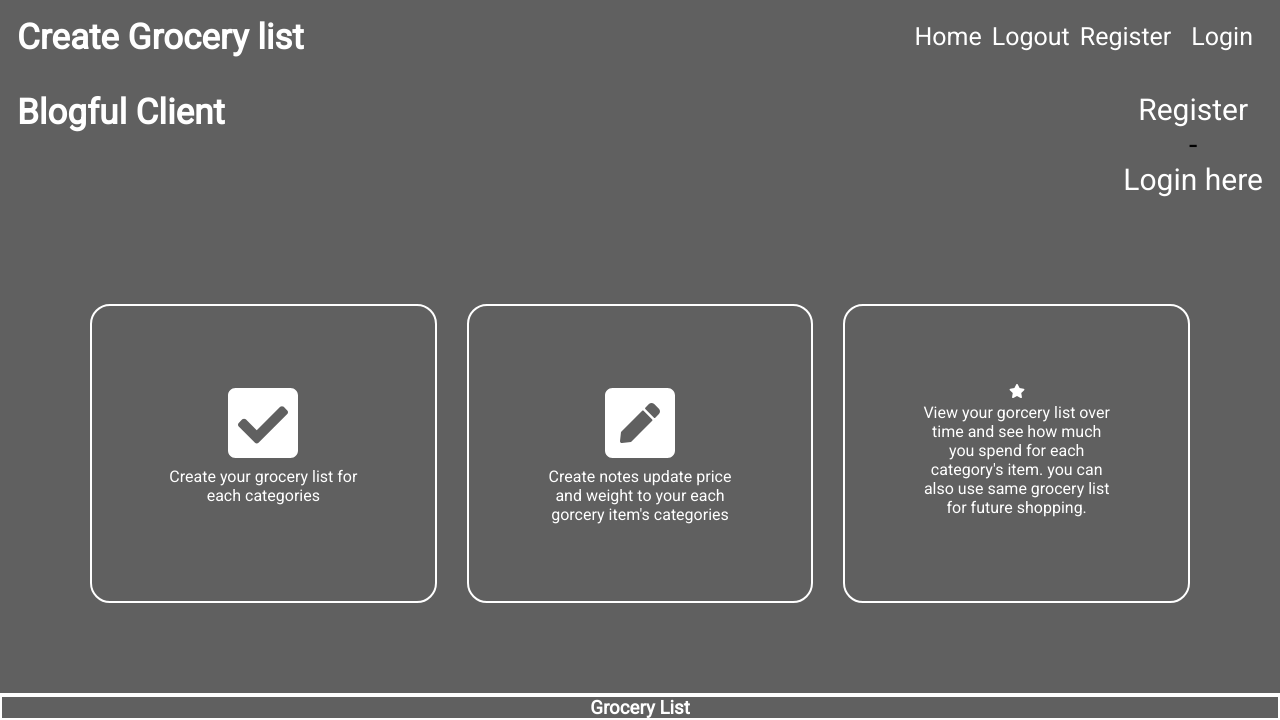
Repository: mhyder1/grocery-client
Page: /
These files come from the project's save history. The page is drawn as it stood at one moment and after the next save; the edit follows.
The browser window is 1280 px wide. The pictures show the whole page.
The project was rebuilt for these pictures with package versions that can differ from the ones it lists, and the page was loaded fresh each time. Also part of the build but not shown: src/Components/Errorpage/ErrorPage.js, src/services/AuthAPIService.js, src/Components/Login/Login.js, src/Components/BackButton/BackButton.js, src/Components/ListForm/ListForm.js, src/Components/CategoriesPage/CategoriesPage.js, src/Components/EditList/EditList.js, src/Components/Register/Register.css and 3 more.

Above is the page before, as saved 2020-12-30 10:50:43.

### src/index.js
import React from 'react';
import ReactDOM from 'react-dom';
import {BrowserRouter} from "react-router-dom";
import App from './App';



ReactDOM.render(
  <BrowserRouter>
    <App />
  </BrowserRouter>,
  document.getElementById('root')
);

### src/App.css
    * {
        box-sizing: border-box;
        font-family: 'Roboto', sans-serif;
        margin: 0;
        padding: 0;
    }

    body {
        margin: 0;
        padding: 0;
        height: 100%;
    }

    .delete-button,
    .edit-button,
    .close-button {
        margin: 5px;
        padding: 5px;
        font-size: 15px;
        margin-top: 15px;
        border-radius: 10px;
        background-color: #606060;
        border: 3px #606060 solid;
        box-shadow: 0 3px 0 #606060;
        color: white;
        cursor: pointer;
    }
    /* Todolist / main todos page */

    .completed-check-logo {
        position: relative;
        bottom: 25px;
        left: 5px;
        font-size: 30px;
        color: white;
    }

    .create-list-button {
        padding: 10px;
        font-size: 15px;
        margin-top: 15px;
        border-radius: 20px;
        background-color: #606060;
        border: 3px #606060 solid;
        box-shadow: 0 3px 0 #606060;
        cursor: pointer;
        transition: all 0.1s linear;
        color: white;
    }

    .create-list-button:active {
        color: white;
        box-shadow: 0 3px 0 #606060;
        transform: translateY(3px);
    }

    .create-list-button a {
        color: white;
    }

    .create-list-button a {
        text-decoration: none;
        color: white;
    }

    .pending-lists ul a {
        text-decoration: none;
    }

    .completed-lists,
    .pending-lists a:link {
        color: white;
        margin: 2px;
    }

    .completed-lists ul a {
        text-decoration: none;
    }

    .edit-delete-lists {
        display: inline-block;
        padding: 10px;
    }

    .GroceryList,
    .view-lists {
        flex: 1;
    }

    .main-lists {
        background: white;
        text-align: center;
        display: flex;
    }

    .inactive-form {
        display: none;
    }

    ul li {
        padding: 10px;
        list-style-type: none;
        border-radius: 20px;
        margin: 10px;
        background-color: #606060;
    }

    /* .list-textbox {
        padding: 5px;
        border: #606060 2px solid;
        border-radius: 10px;
        width: 75%;
        margin: 0 auto;
        margin-top: 5%;
    } */

    ul {
        padding-left: 0;
    }

    .view-lists {
        display: flex;
        flex-direction: column;
        align-items: center;
    }

    .view-list-task {
        border: #606060 2px solid;
        background: #606060;
        border-radius: 20px;
        margin-top: 30px;
        width: 85%;
    }

    .view-list-category {
        color: white;
    }

    .list-details,
    .list-checkbox,
    .edit-delete-lists {
        margin-top: 10px;
    }

    /* .list-textbox {
        background: white;
        height: 20px;
    } */

    .checkmark {
        height: 15px;
        width: 15px;
        background-color: #eee;
    }

    .checkmark p {
        font-size: 20px;
    }

    .list-checkbox {
        display: flex;
        justify-content: center;
    }
    /* Modal styling */

    .modal {
        position: fixed;
        top: 0;
        left: 0;
        width: 100%;
        height: 100%;
        background: white;
        color: white;
    }

    .modal-main {
        color: white;
        position: fixed;
        background: #606060;
        width: 80%;
        height: 60%;
        top: 50%;
        left: 50%;
        transform: translate(-50%, -50%);
    }

    .modal-main h2 {
        margin-top: 25px;
    }

    .display-block {
        display: block;
    }

    .display-none {
        display: none;
    }
    /* Edit form */

    .edit-lists {
        justify-content: center;
        justify-content: space-between;
    }

    .edit-form {
        color: white;
        display: flex;
        flex-direction: column;
        align-items: center;
        padding: 35px;
    }

    .edit-list-input {
        margin: 2px;
        /* color: white; */
        border-radius: 20px;
        padding: 5px;
        width: 90%;
    }

    .edit-price-input {
        margin: 5px;
        border-radius: 20px;
        padding: 5px;
        width: 90%;
    }

    .edit-weight-input {
        margin: 2px;
        border-radius: 20px;
        padding: 5px;
        width: 90%;
    }

    .edit-note-input {
        margin: 5px;
        border-radius: 20px;
        padding: 5px;
        width: 90%;
        height: 100px;
    }

    .edit-list-label {
        color: white;
        font-size: 20px;
        padding: 5px;
    }

    .edit-section {
        height: 50vh;
        margin: auto;
        width: 100%;
        border: #606060 2px solid;
        background: #606060;
        border-radius: 20px;
        padding: 15px;
    }

    .edit-list-button {
        margin: 5px;
        padding: 5px;
        font-size: 15px;
        margin-top: 15px;
        border-radius: 10px;
        background-color: #606060;
        border: 3px white solid;
        box-shadow: 0 3px 0 #606060;
        color: white;
        cursor: pointer;
    }
    /* Features / get started homepage */

    .features {
        display: flex;
        flex-wrap: wrap;
        justify-content: space-evenly;
        background-color: #606060;
        padding: 150px;
    }

    .features-p {
        width: 45%;
        border: white 2px solid;
        border-radius: 20px;
        padding: 50px;
        margin: 15px;
        color: white;
    }

    .homepage-features {
        display: flex;
    }

    .features-check,
    .features-update,
    .features-star {
        font-size: 80px;
        color: white;
    }
    /* Footer */

    .footer {
        border: white 2px solid;
        background-color: #606060;
        color: white;
        height: 25px;
        position: fixed;
        bottom: 0;
        width: 100%;
    }

    @media screen and (min-width: 320px) and (max-width: 2000px) {
        .homepage-features {
            display: flex;
        }
        .features {
            display: flex;
            flex-wrap: wrap;
            justify-content: space-evenly;
            background-color: #606060;
            padding: 75px;
        }
        p {
            color: white;
        }
        .features-p {
            border: white 2px solid;
            padding: 77px;
            margin: 15px;
            width: 100%;
            color: white;
        }
    }

    @media screen and (min-width: 320px) and (max-width: 768px) {
        header {
            padding: 50px;
        }
        .features {
            padding: 122px;
        }
    }

    @media screen and (min-width: 320px) and (max-width: 425px) {
        .register-form {
            display: flex;
            flex-direction: column;
            align-items: center;
            border: grey 2px solid;
            width: 80%;
            padding: 50px;
            border-radius: 20px;
            margin-top: 10%;
        }
    }

### src/Components/Header/Header.js
import React from "react";
import { Link } from "react-router-dom";
import { FontAwesomeIcon } from '@fortawesome/react-fontawesome'
import { Hyph } from '../Utils/Utils'
import TokenService from '../../services/TokenService'
import IdleService from '../../services/idle-service'
import "./Header.css"

class Header extends React.Component {

    renderLogoutLink() {
        return (
          <div className='Header__logged-in'>
            <Link
              onClick={this.handleLogoutClick}
              to='/'>
              Logout
            </Link>
          </div>
        )
      }

      renderLoginLink() {
        return (
          <div className='Header__not-logged-in'>
            <Link
              to='/register'>
              Register
            </Link>
            <Hyph />
            <Link
              to='/login'>
              Login here
            </Link>
          </div>
        )
      }

    render() {
        // return (
        //     <header>
        //         <div>
        //             <h2>
        //                 Create your Grocery List <span>By Catagories</span>
        //             </h2>
        //             <section className="create-here"
        //             >
        //                 <button id="create-here"
        //                 >
        //                     <Link to="/login">Login here
        //                         </Link>

        //                 </button>

        //             </section>
        //             <section className="create-here">
        //                 <button id="create-here">
        //                     <Link to="/grocery-list-categories">Create here</Link>

        //                 </button>

        //             </section>
        //         </div>
        //     </header>
        // );
            return (
        <nav className='Header'>
            <h1>
            <Link to='/'>
                {' '}
                Blogful Client
            </Link>
            </h1>
            {TokenService.hasAuthToken()
            ? this.renderLogoutLink()
            : this.renderLoginLink()}
        </nav>
        )
    }
}


export default Header;

### src/Context/Context.js
import React from "react";


let Context = React.createContext({
    lists: [],
    categories: [],
    setLoggedInUserLists: () => { },
    setUser: () => { },
    setCategories: () => { },
    handleLogout: () => { },
    toggleComplete: () => { },
    createList: () => { },
    deleteList: () => { },
    updateList: () => { },

});

export default Context;

### src/Components/Navbar/Navbar.js
import React from "react"
import { Link } from "react-router-dom";
import Context from "../../Context/Context"
import "./Navbar.css"

class Navbar extends React.Component {
    static contextType = Context

    render() {
        return (
            <nav>
                <div className="logo-section">
                    <h1>
                        <Link to="/grocery-list-categories">Create Grocery list</Link>
                    </h1>

                </div>

                <div className="nav-links">
                    <Link to="/grocery-list-categories">Home
                    </Link>

                    <button
                    type="submit"
                    className="logout-button"
                    >
                        Logout


                    </button>
                    <Link to ="/register">
                        <button
                        className="register-button" type="submit"
                        > Register

                        </button></Link>
                        <Link to ="/login">
                            <button type="submit" className="login-button">
                                Login

                            </button>
                        </Link>

                </div>


            </nav>
        );
    }


}

export default Navbar;

### src/Components/Features/Features.js
import React from "react";
import {FaCheckSquare} from "react-icons/fa";
import {FaPenSquare} from "react-icons/fa";
import {FaStar} from "react-icons/fa";


function Features() {
    return (
        <section className="features">
            <div className="homepage-features">
                <p className="features-p">
                    {" "}
                    <span>
                        <FaCheckSquare className="features-check"/>
                    </span>
                    Create your grocery list for each categories
                </p>
                <p className="features-p">
                    <span>
                        <FaPenSquare  className="features-update"/>
                    </span>
                    Create notes update price and weight to your each gorcery item's categories
                </p>
                <p className="features-p">
                    <span>
                        <FaStar className="features-start" />
                    </span>
                    View your gorcery list over time and see how much you spend for each category's item. you can also use same grocery list for future shopping.

                </p>

            </div>
        </section>
    )
}



export default Features;

### src/Components/Footer/Footer.js
import React from "react";

function Footer() {
    return(
        <footer className="footer">
            <h3>Grocery List</h3>
        </footer>
    )
}


export default Footer;

### src/listData.js
const listData =  {
    "Categories": [
        {
            "category_Id" : "1",
            "CategoryName": "Vegetables"
        },
        {
            "category_Id" : "2",
            "CategoryName": "Fruits"
        },
        {
            "category_Id" : "3",
            "CategoryName": "Grain"
        },
        {
            "category_Id" : "4",
            "CategoryName": "Frozen"
        },
        {
            "category_Id" : "5",
            "CategoryName": "Miscellaneous"
        },
    ],
    "lists": [
        {    "id" : "1",
            "Name": "Cabbage",
            "note" : "Store name",
            "category_Id": "1",
            "price": "2.05",
            "Weight": "2 lbs",
        },

        {
            "id" : "2",
            "Name": "Maize",
            "note" : "next week new deal",
            "category_Id": "3",
            "price": "3.05",
            "Weight": "3 lbs",
        },

        {
            "id" : "3",
            "Name": "Pineapple",
            "note" : "next week new deal",
            "category_Id": "2",
            "price": "5.05",
            "Weight": "2 piece"
        },
        {
            "id" : "4",
            "Name": "Frozen Strawberris",
            "note" : "next week new deal",
            "category_Id": "4",
            "price": "5.05",
            "Weight": "3 lbs"
        },
        {
            "id" : "5",
            "Name": "Toilet Paper",
            "note" : "next week new deal",
            "category_Id": "5",
            "price": "5.05",
            "Weight": "1 pack"
        },
    ]

}


export default listData;

### src/Config/Config.js
export default {
    API_ENDPOINT: 'http://localhost:8000/api',
    TOKEN_KEY: 'grocery-list-auth-token',
}

### src/services/TokenService.js
import Config from "../Config/Config";

export default {
    saveAuthToken(token) {
        window.localStorage.setItem(Config.TOKEN_KEY, token);
    },
    getAuthToken() {
        return window.localStorage.getItem(Config.TOKEN_KEY);
    },
    hasAuthToken() {
        return window.localStorage.getItem(Config.TOKEN_KEY);
    },
    clearAuthToken() {
        window.localStorage.removeItem(Config.TOKEN_KEY);
    },
};

### src/Components/Utils/Utils.js
import React from 'react'
import { format as formatDate } from 'date-fns'
import './Utils.css'

export function NiceDate({ date, format='Do MMMM YYYY' }) {
  return formatDate(date, format)
}

export function Hyph() {
  return <span className='Hyph'>{' - '}</span>
}

export function Button({ className, ...props }) {
  return <button className={['Button', className].join(' ')} {...props} />
}

export function Textarea({ className, ...props }) {
  return (
    <textarea className={['Textarea', className].join(' ')} {...props} />
  )
}

export function Input({ className, ...props }) {
  return (
    <input className={['Input', className].join(' ')} {...props} />
  )
}

export function Required({ className, ...props }) {
  return (
    <span className={['Required', className].join(' ')} {...props}>
      &#42;
    </span>
  )
}

export function Section({ className, list, ...props }) {
  const classes = [
    'Section',
    list && 'Section--list',
    className,
  ].filter(Boolean).join(' ')
  return (
    <section className={classes} {...props} />
  )
}

### src/services/idle-service.js

/*
  Idle Service

  this service manages when a user has gone idle (not interacting with the page).
*/

let _timeoutId
let _idleCallback = null
let _notIdleEvents = ['mousedown', 'mousemove', 'keypress', 'scroll', 'touchstart' ]
let _FIVE_MINUTES_IN_MS = 5 * 60 * 1000

const IdleService = {
  setIdleCallback(idleCallback) {
    /* store a callback to call when the user goes idle */
    _idleCallback = idleCallback
  },
  /* called when a user interacts with the page */
  resetIdleTimer(ev) {
    console.info('event:', ev.type)
    /* remove any timeouts as the user just interacted */
    clearTimeout(_timeoutId)
    /* queue the callback to happen 5 minutes from now */
    _timeoutId = setTimeout(_idleCallback, _FIVE_MINUTES_IN_MS)
  },
  regiserIdleTimerResets() {
    /* register the resetIdleTimer for events when a user interacts with page */
    _notIdleEvents.forEach(event =>
      document.addEventListener(event, IdleService.resetIdleTimer, true)
    )
  },
  unRegisterIdleResets() {
    /* remove any queued callbacks and events that will queue callbacks */
    clearTimeout(_timeoutId)
    _notIdleEvents.forEach(event =>
      document.removeEventListener(event, IdleService.resetIdleTimer, true)
    )
  },
}

export default IdleService

### src/Components/Header/Header.css
.App {
    text-align: center;
}

header {
    padding: 200px;
}

header h2 {
    font-size: 35px;
    color: #0d0e18;
}

span {
    display: block;
}

.logo-section {
    display: flex;
    align-items: center;
}

.logo-check {
    font-size: 35px;
    color: #bec0cf;
}


/* button */

#create-here {
    padding: 14px;
    font-size: 20px;
    margin-top: 20px;
    border-radius: 20px;
    background-color: #929497;
    border: 3px #909499 solid;
    box-shadow: 0 3px 0 #5b5b5e;
    cursor: pointer;
    transition: all 0.1s linear;
}

#create-here:active {
    box-shadow: 0 3px 0 #929497;
    transform: translateY(3px);
}

#create-here a {
    text-decoration: none;
    color: white;
}

### src/Components/Navbar/Navbar.css
/* Navbar*/

nav {
    border: #606060 2px solid;
    background: #606060;
    padding: 15px;
    font-size: 30px;
    width: 100%;
    display: flex;
    justify-content: space-between;
    flex-wrap: wrap;
}

nav h1 {
    font-size: 35px;
}

.nav-links a {
    margin: 10px;
    font-size: 25px;
    color: white;
}

nav h1,
nav a {
    text-decoration: none;
    color: white;
}

nav a:hover {
    color: #36332c;
}

### src/Components/Login/Login.css
.credentials-section {
    display: flex;
    flex-direction: column;
    border: 2px solid grey;
    padding: 30px;
    border-radius: 20px;
    align-items: center;
    margin-top: 2%;
    background: #d4cdcb;
}

.create-account {
    padding: 15px;
    font-size: 25px;
}

.login-form-input {
    border-radius: 20px;
    padding: 5px;
    width: 90%;
}

.login-sign-in {
    padding: 12px;
    margin-top: 20px;
    border-radius: 20px;
    font-size: 20px;
    background-color: #595a5c;
    color: white;
    cursor: pointer;
}

.login-username,
.login-password {
    font-size: 20px;
    padding: 5px;
    color: #3d405b;
}

.login-form {
    display: flex;
    flex-direction: column;
    align-items: center;
}

.login-form {
    color: #3d405b;
}

.login-form h1 {
    margin-top: 25px;
}

.create-an-account {
    padding: 15px;
}

.register-button,
.logout-button,
.login-button {
    border: none;
    background: none;
    font-size: 25px;
    color: #3d405b;
    padding: 0;
}

register-button:hover,
.logout-button:hover,
.login-button:hover {
    color: #312f29;
}

### src/Components/ListForm/ListForm.css
.add-list-form {
    display: flex;
    flex-direction: column;
    align-items: center;
}

.add-list-button,
.back-button {
    margin: 5px;
    padding: 5px;
    font-size: 15px;
    margin-top: 15px;
    border-radius: 10px;
    background-color: #929497;
    border: 3px #929497 solid;
    box-shadow: 0 3px #929497;
    color: white;
    cursor: pointer;

}

.add-list-section {
    display: flex;
    flex-direction: column;
    align-items: center;
    border: 2px #929497 solid;
    border-radius: 20px;
    padding: 15px;
    width: 75%;
}

#category-dropdown {
    padding: 5px;
    margin: 10px;
    border-radius: 20px;
}

.list-label {
    font-size: 20px;
    padding: 5px;
    color: #3d405b;
}

.add-name-input {
    border-radius: 20px;
    padding: 5px;
    width: 60%;
}

.add-note-input {
    border-radius: 20px;
    padding: 5px;
    width: 60%;
    height: 100px;
}

.add-price-input{
    border-radius: 20px;
    padding: 5px;
    width: 30%;
    height: auto;

}

.add-Weight-input{
    border-radius: 20px;
    padding: 5px;
    width: 30%;
    height: auto;

}

.register-button {
    color: white;
}

.register-button:hover {
    color:#36332c;
}

.logout-button {
    color: white;
}

.login-button {
    color: white;
}

### src/Components/CategoriesPage/CategoriesPage.css
.categories-header h1 {
    color: 	#404040;
}




.veg {
    background-color: #606060;
    color: white;
}

.fruits {
    background-color: #606060;
    color: white;
}

.grain {
    background-color: #606060;
    color: white;
}

.frozen {
    background-color: #606060;
    color: white;
}

.btn {
    background-color: #606060;
}

.grocery-list-category.btn a {
    color: white;
    font-size: 20px;
    text-decoration: none;
}

.mis {
    background-color: #606060;
    color: white;
}

.grocery-list-categories {
    display: flex;
    justify-content: center;
    flex-wrap: wrap;
    margin: 10px auto;
    max-width: 1200px;
    flex-direction: column;
    padding-bottom: 10px;
}

.add-cat-button {
  background: white;
  border: 3px #929497 solid;
  box-shadow: 0 3px #929497;
  border-radius: 10px;
  height: 30px;
  width: 110px;
  margin: 10px;

}

.add-cat-button:hover {
    color: white;
    background: #D0D0D0
}

.add-cat-button a,
a:active {
  font-size: 15px;
  text-decoration: none;
  color: black;
}

.grocery-list-category {
  margin: 15px 2.5%;
  max-width: 1200px;
  padding: 50px;
  flex-basis: 45%;
  box-sizing: border-box;
  border-radius: 20px;
}
.categories-1-2,
.categories-3-4,
.categories-5 {
  flex: 1;
}






@media screen and (min-width: 767px) {
    .grocery-list-categories {
        flex-direction: row;
    }

    header.categories-header {
        padding: 45px;
    }



}

Loaded but not shown: public/index.html (common file); src/Components/Utils/Utils.css (common file); src/App.js (222 lines, source omitted)

After the next save:
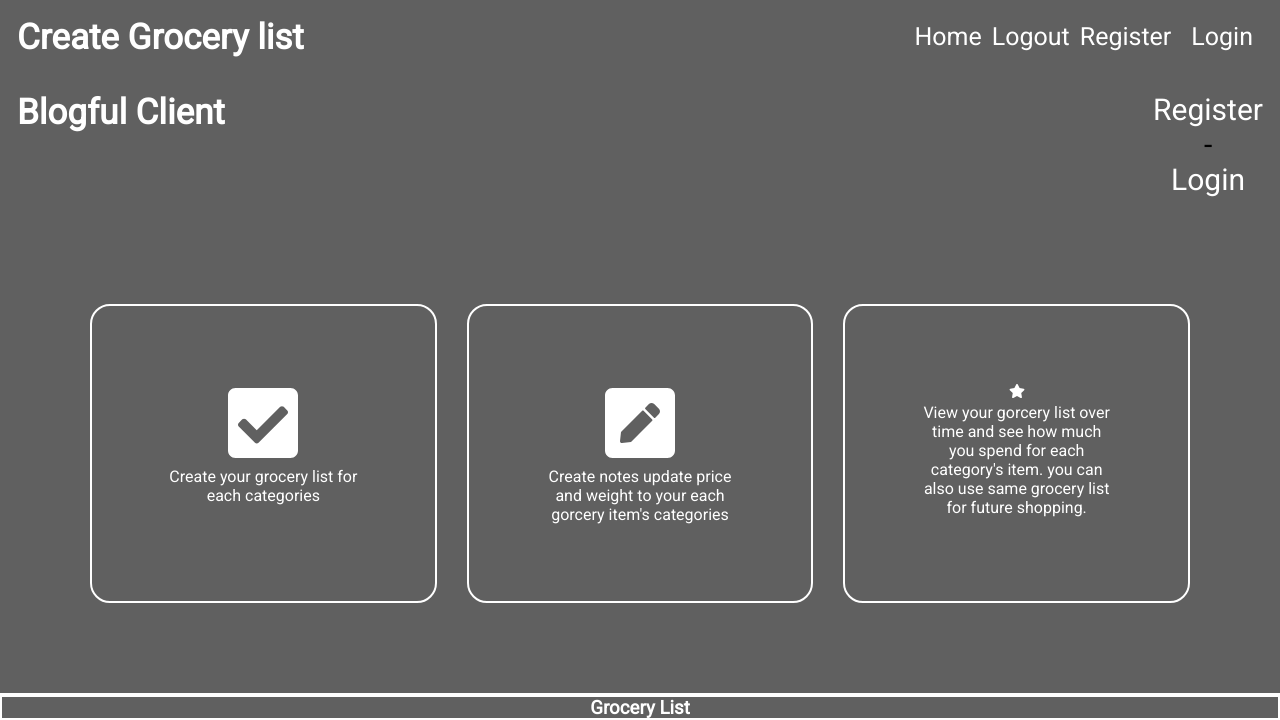
Saved 4 min 6 s later.
--- a/src/Components/Header/Header.js
+++ b/src/Components/Header/Header.js
@@ -30,7 +30,7 @@ class Header extends React.Component {
             <Hyph />
             <Link
               to='/login'>
-              Login here
+              Login
             </Link>
           </div>
         )
